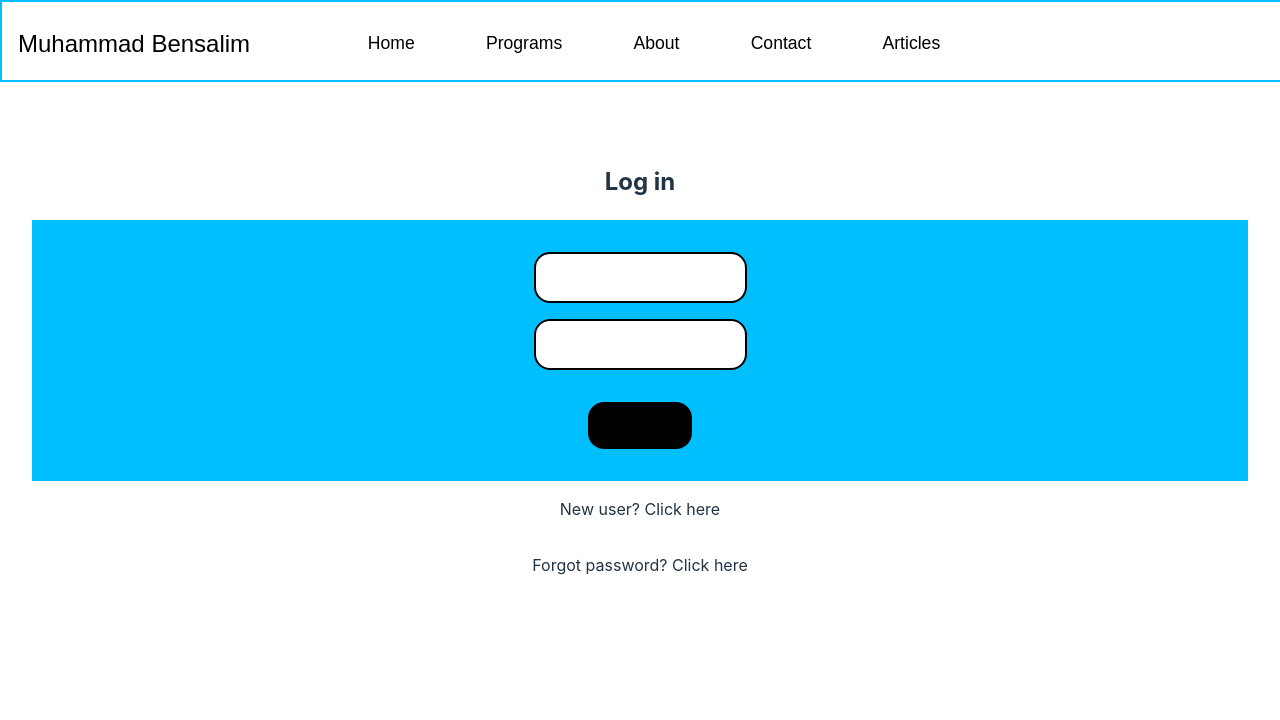
Repository: TMuse333/fitness_templates
Page: /progress
These files come from the project's save history. The page is drawn as it stood at one moment and after a run of saves; the edit follows.
The browser window is 1280 px wide. The pictures show the whole page.
The project was rebuilt for these pictures with package versions that can differ from the ones it lists, and the page was loaded fresh each time. Also part of the build but not shown: vite.config.js, src/components/herobanner/herobanner.css, src/components/herobanner/herobanner.jsx, src/components/about/about.css, src/components/about/about.jsx, src/components/serviceOffering/serviceOffering.css, src/components/serviceOffering/serviceOffering.jsx, src/data/data.js and 33 more. Imported but missing from the stored project, and not drawn on this page: src/media/best_dunk.mp4.

Above is the page before, as saved 2024-03-09 19:39:05.

After the next 2 saves:
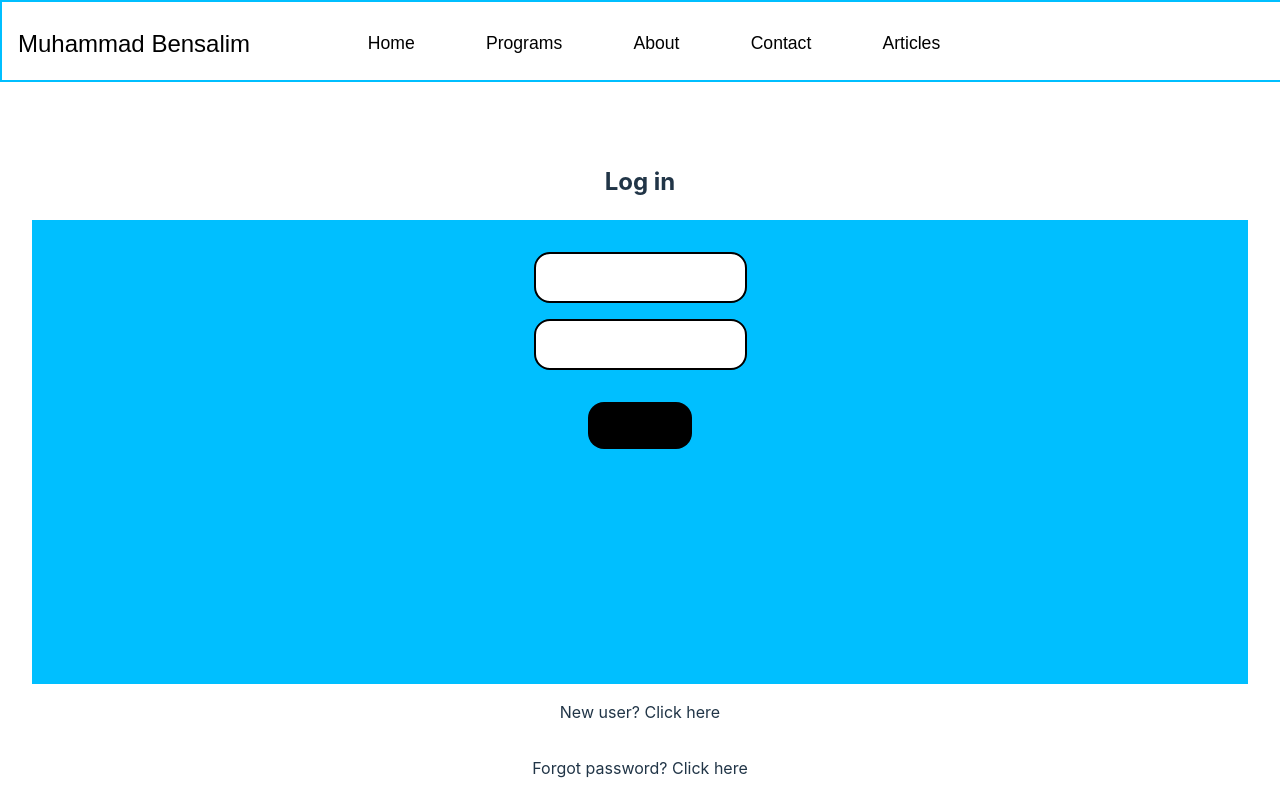
The 2 saves are shown as one change because they came seconds apart.
The last was saved 5 s later.
--- a/src/components/login/login.css
+++ b/src/components/login/login.css
@@ -3,7 +3,7 @@
     padding:2rem;
     width:90vw;
     margin:0 auto;
-    height:
+    height:400px;
 }
 
 .login-box input{

After the save that followed:
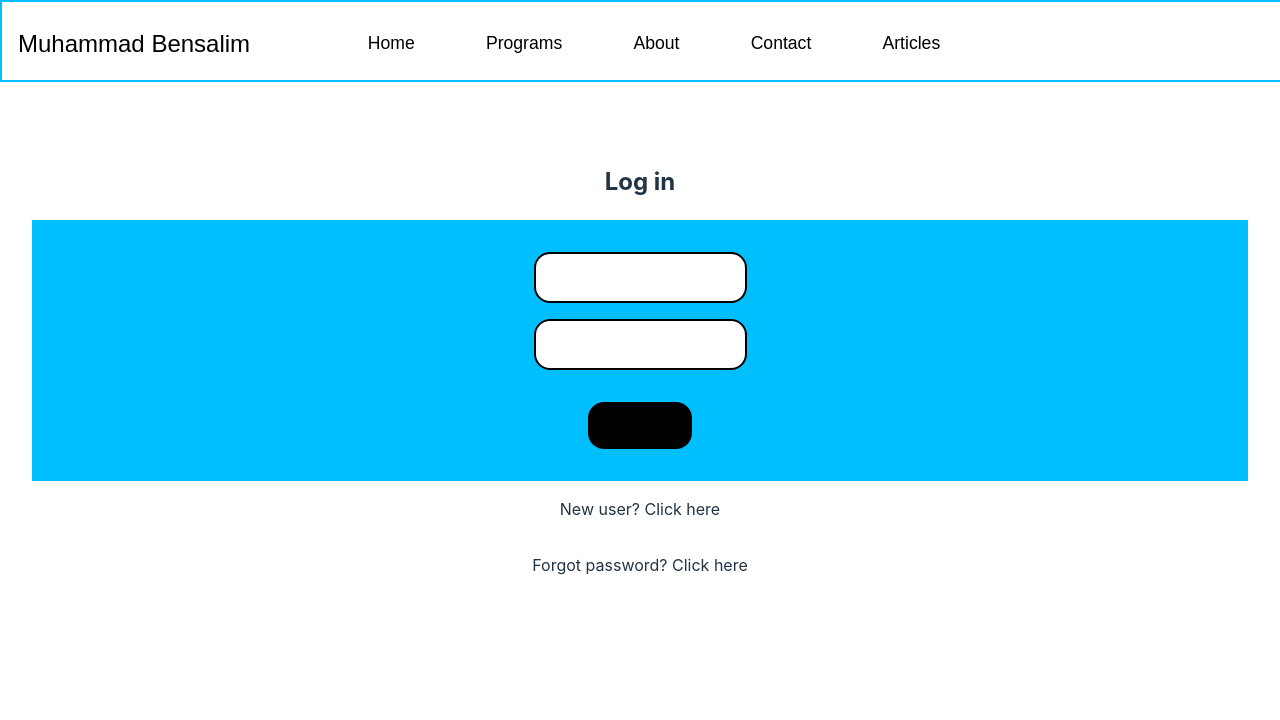
Saved 5 s later.
--- a/src/components/login/login.css
+++ b/src/components/login/login.css
@@ -3,7 +3,7 @@
     padding:2rem;
     width:90vw;
     margin:0 auto;
-    height:400px;
+
 }
 
 .login-box input{
